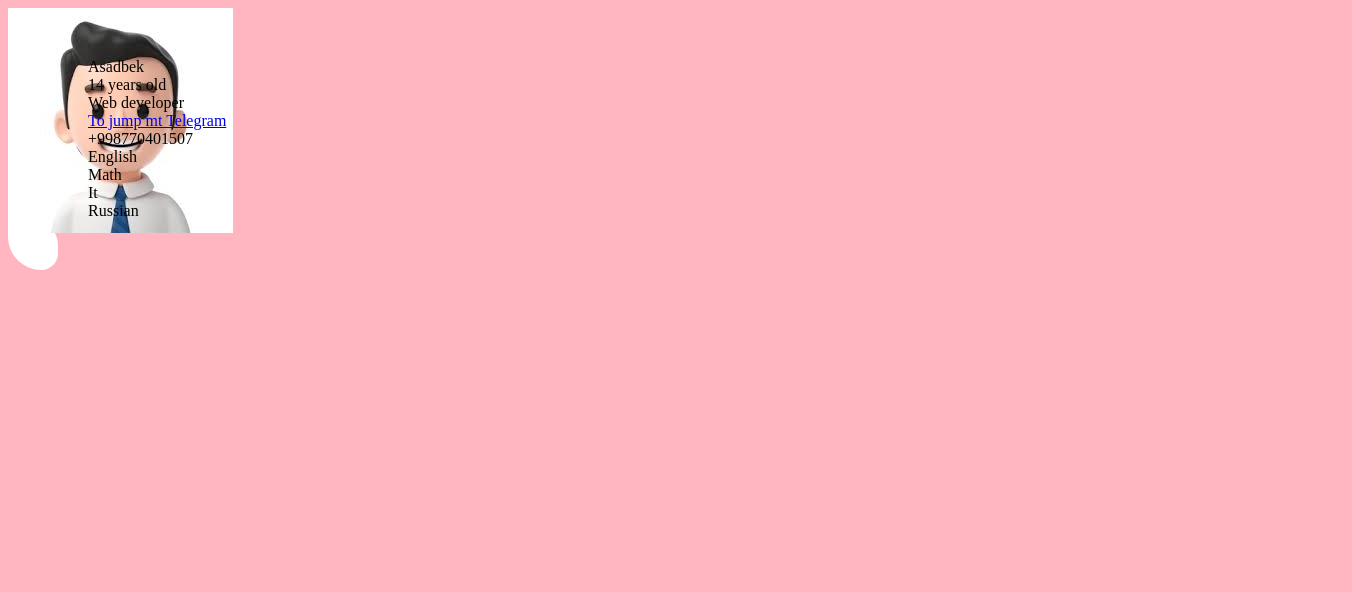
Repository: KHANas02/live-stream
Page: contact.html
The author's editor kept a copy of each file at every save. The page is drawn from the files as they stood at one save, then again after the next save.
The browser window is 1280 px wide. The page is 1352 px wide, then 1280 px, so the pictures cover 1352 px, including what lies to the right of the window. The pictures show the whole page.

Above is the page before, as saved 2024-03-25 07:19:06.

After the next save:
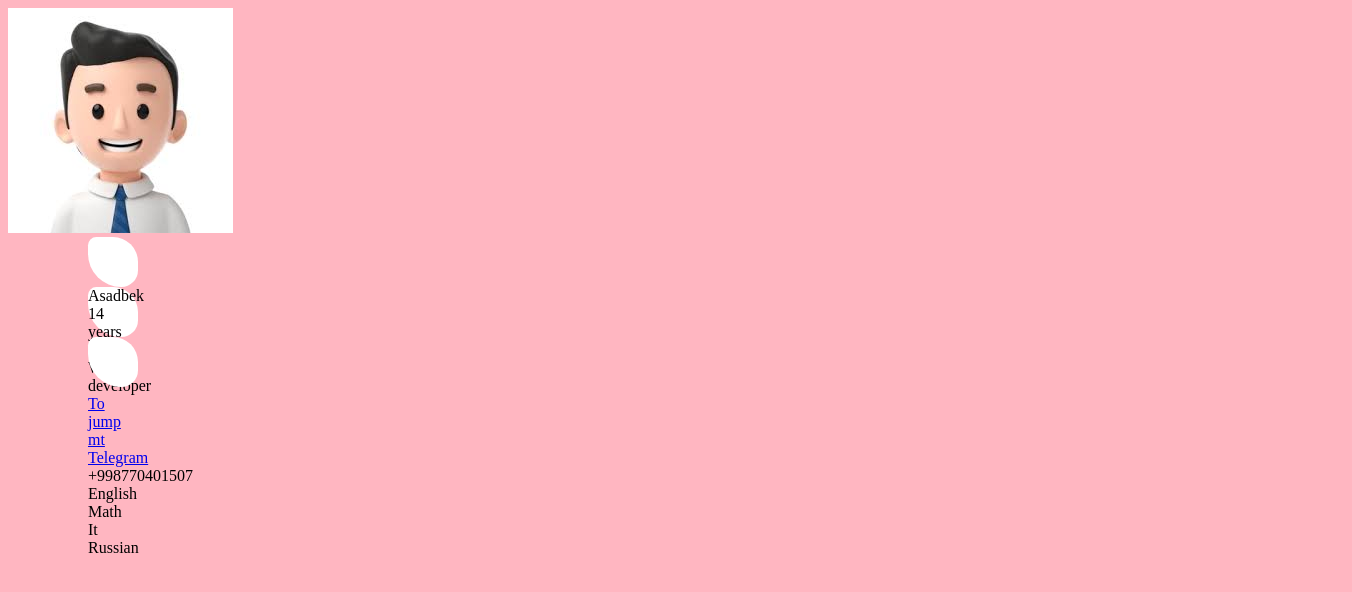
Saved 23 s later.
--- a/contact.html
+++ b/contact.html
@@ -10,7 +10,7 @@
     body{
         background-color: lightpink;
     }
-    .avatar{
+    .text{
         background-image:url(data:[embedded picture, 5823 characters]);
        border-top-left-radius:20px;
        border-top-right-radius:60px;
